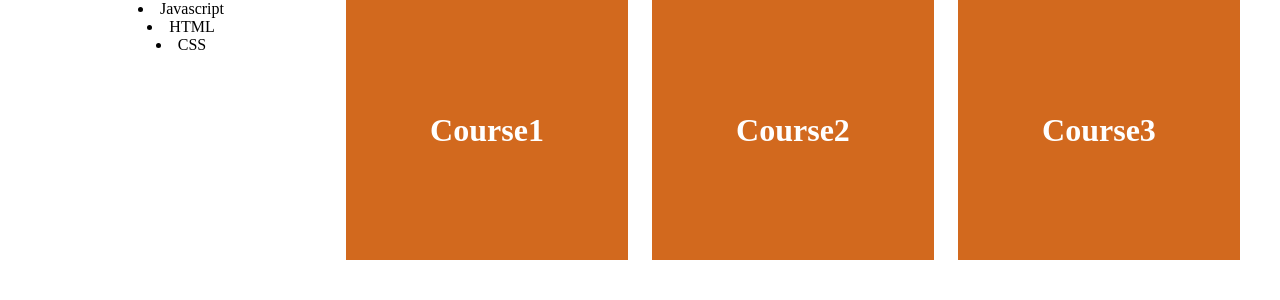
Repository: longtn213/Frond_end_HTML-CSS
Page: Front-End/DemoGrid/index.html
The author's editor kept a copy of each file at every save. The page is drawn from the files as they stood at one save, then again after the next save.
The browser window is 1280 px wide. The pictures show the whole page.

Above is the page before, as saved 2021-09-21 16:16:07.

### Front-End/DemoGrid/index.html
<!DOCTYPE html>
<html lang="en">

<head>
    <meta charset="UTF-8">
    <meta http-equiv="X-UA-Compatible" content="IE=edge">
    <meta name="viewport" content="width=device-width, initial-scale=1.0">
    <title>Document</title>
    <link rel="stylesheet" href="./grid.css">
    <style>
        *{
            box-sizing: border-box;
        }
        body {
            margin: 0;
        }

        .container {
            text-align: center;
        }

        h1 {
            line-height: 260px;
            color: #fff;
            margin: 0;
        }
        .course-item{
            background-color: chocolate;
            height: 260px;
        }
        @media (max-width: 1023px){
            .course-item{
                margin-top: 16px;
            }
        }
    </style>
</head>
<!--
    Column: col
    Prefix class:
            c - moblie
            m - Tablet
            l - PC
 -->
<body>
    <div class="grid wide container">
        <div class="row">
            <div class="col l-3">
                <div class="category">
                    <div class="ul">
                        <li>Javascript</li>
                        <li>HTML</li>
                        <li>CSS</li>
                    </div>
                </div>
            </div>
            <div class="col l-9">
                <div class="row">
                    <div class="col l-4 m-6 c-12">
                        <div class="course-item">
                            <h1>Course1</h1>
                        </div>
                    </div>
                    <div class="col l-4 m-6 c-12">
                        <div class="course-item">
                            <h1>Course2</h1>
                        </div>
                    </div>
                    <div class="col l-4 m-6 c-12">
                        <div class="course-item">
                            <h1>Course3</h1>
                        </div>
                    </div>
                </div>
            </div>
        </div>
    </div>
</body>

</html>

### Front-End/DemoGrid/grid.css
.grid{
    width: 100%;
    /* dùng tính chất block để cho những thẻ ko có tính chất block */
    display: block;
    padding: 0;
}

.grid.wide{
    max-width: 1200px;
    margin: 0 auto;
}

.row{
    display: flex;
    flex-wrap: wrap;
    margin-left: -4px;
    margin-right: -4px;
}

.col{
    padding-left: 4px;
    padding-right: 4px;
}

.c-0{
    /* Ẩn đi 1 cột trên mobile */
    display: none;
}

.c-1{
    flex:0 0 8.33333%;
    max-width: 8.33333%;
}

.c-2{
    flex:0 0 16.66667%;
    max-width: 16.66667%;
}

.c-3{
    flex:0 0 25%;
    max-width: 25%;
}

.c-4{
    flex:0 0 33.33333%;
    max-width: 33.33333%;
}

.c-5{
    flex:0 0 41.66667%;
    max-width: 41.66667%;
}

.c-6{
    flex:0 0 50%;
    max-width: 50%;
}

.c-7{
    flex:0 0 58.33333%;
    max-width: 58.33333%;
}

.c-8{
    flex:0 0 66.66667%;
    max-width: 66.66667%;
}

.c-9{
    flex:0 0 75%;
    max-width: 75%;
}

.c-10{
    flex:0 0 83.33333%;
    max-width: 83.33333%;
}

.c-11{
    flex:0 0 91.66667%;
    max-width: 91.66667%;
}

.c-12{
    flex:0 0 100%;
    max-width: 100%;
}
/* Tablet -PC low resolution */
@media (min-width: 740px) and (max-width: 1023px) {
    .wide{
        width: 644px;
    }
}
/* > Tablet  */
@media (min-width: 740px) {
    .row{
        margin-left: -8px;
        margin-right: -8px;
    }
    .col{
        padding-left: 8px;
        padding-right: 8px;
    }
    .m-0{
        /* Ẩn đi 1 cột trên mobile */
        display: none;
    }
    .m-1,.m-2,.m-3,.m-4,.m-5,.m-6,.m-7,.m-8,.m-9,.m-10,.m-11,.m-12{
        display: block;
    }
    .m-1{
        flex:0 0 8.33333%;
        max-width: 8.33333%;
    }

    .m-2{
        flex:0 0 16.66667%;
        max-width: 16.66667%;
    }

    .m-3{
        flex:0 0 25%;
        max-width: 25%;
    }

    .m-4{
        flex:0 0 33.33333%;
        max-width: 33.33333%;
    }

    .m-5{
        flex:0 0 41.66667%;
        max-width: 41.66667%;
    }

    .m-6{
        flex:0 0 50%;
        max-width: 50%;
    }

    .m-7{
        flex:0 0 58.33333%;
        max-width: 58.33333%;
    }

    .m-8{
        flex:0 0 66.66667%;
        max-width: 66.66667%;
    }

    .m-9{
        flex:0 0 75%;
        max-width: 75%;
    }

    .m-10{
        flex:0 0 83.33333%;
        max-width: 83.33333%;
    }

    .m-11{
        flex:0 0 91.66667%;
        max-width: 91.66667%;
    }

    .m-12{
        flex:0 0 100%;
        max-width: 100%;
    }
}
/* > PC low resolution  */
@media (min-width: 1113px) {
    .row{
        margin-left: -12px;
        margin-right: -12px;
    }
    .col{
        padding-left: 12px;
        padding-right: 12px;
    }
    .l-0 {
        display: none;
    }

    .l-1,
    .l-2,
    .l-2-4,
    .l-3,
    .l-4,
    .l-5,
    .l-6,
    .l-7,
    .l-8,
    .l-9,
    .l-10,
    .l-11,
    .l-12 {
        display: block;
    }

    .l-1 {
        flex: 0 0 8.33333%;
        max-width: 8.33333%;
    }

    .l-2 {
        flex: 0 0 16.66667%;
        max-width: 16.66667%;
    }

    .l-2-4 {
        flex: 0 0 20%;
        max-width: 20%;
    }

    .l-3 {
        flex: 0 0 25%;
        max-width: 25%;
    }

    .l-4 {
        flex: 0 0 33.33333%;
        max-width: 33.33333%;
    }

    .l-5 {
        flex: 0 0 41.66667%;
        max-width: 41.66667%;
    }

    .l-6 {
        flex: 0 0 50%;
        max-width: 50%;
    }

    .l-7 {
        flex: 0 0 58.33333%;
        max-width: 58.33333%;
    }

    .l-8 {
        flex: 0 0 66.66667%;
        max-width: 66.66667%;
    }

    .l-9 {
        flex: 0 0 75%;
        max-width: 75%;
    }

    .l-10 {
        flex: 0 0 83.33333%;
        max-width: 83.33333%;
    }

    .l-11 {
        flex: 0 0 91.66667%;
        max-width: 91.66667%;
    }

    .l-12 {
        flex: 0 0 100%;
        max-width: 100%;
    }
}

/*PC low resolution >*/
@media (min-width: 1024px) and (max-width: 1239px) {
    .wide{
        width: 984px;
    }
    .wide.row{
        margin-left: -12px;
        margin-right: -12px;
    }
}

After the next save:
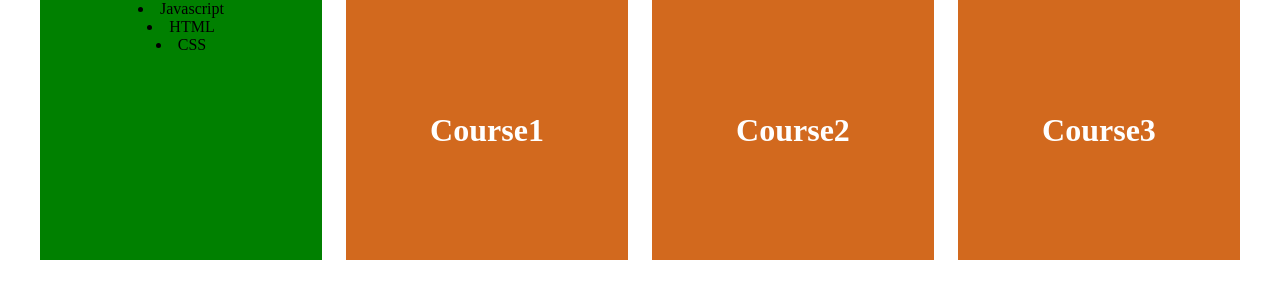
Saved 20 s later.
--- a/Front-End/DemoGrid/index.html
+++ b/Front-End/DemoGrid/index.html
@@ -32,6 +32,10 @@
             .course-item{
                 margin-top: 16px;
             }
+        }
+        .category{
+            background-color: green;
+            height: 260px;
         }
     </style>
 </head>
